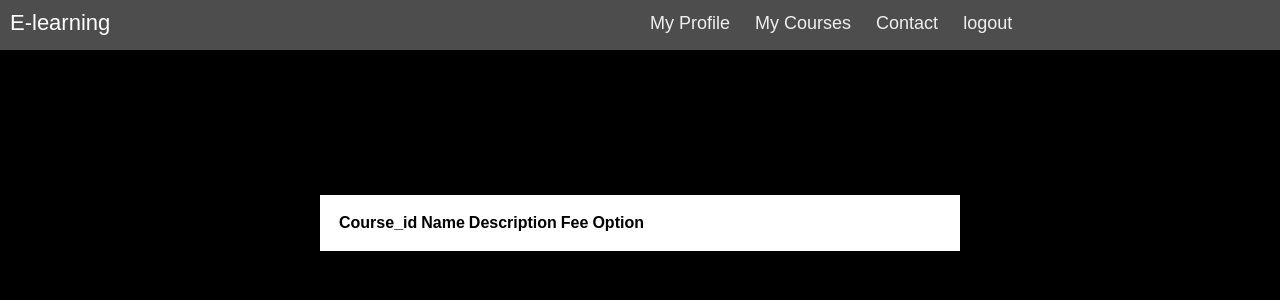
Repository: hemanthchallacs/learning_spring_boot
Page: http://localhost/courseList
The author's editor kept a copy of each file at every save. The page is drawn from the files as they stood at one save, then again after the next save.
The browser window is 1280 px wide. The pictures show the whole page.
The page is this project's Thymeleaf template; nobody is signed in. The template is opened directly, without the code that normally fills it, so the values that code supplies are empty.

Above is the page before, as saved 2021-07-12 19:26:09.

After the next save:
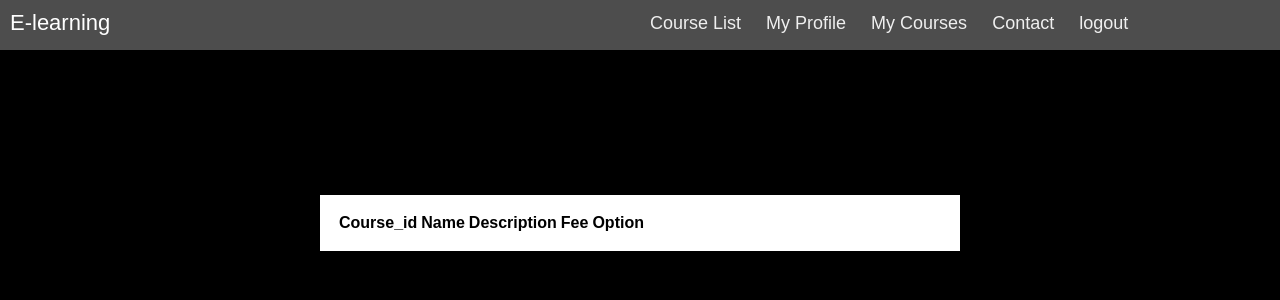
Saved 47 s later.
--- a/ver1_elearning/src/main/resources/templates/courseList.html
+++ b/ver1_elearning/src/main/resources/templates/courseList.html
@@ -226,6 +226,7 @@ a {
   </div>
 
   <div class="nav-links">
+  <a th:href=@{/courseList}>Course List </a>
    <a th:href=@{/myProfile}>My Profile </a>
 <a th:href=@{/myCourses}>My Courses </a>
 <a th:href=@{/contact}>Contact </a>
